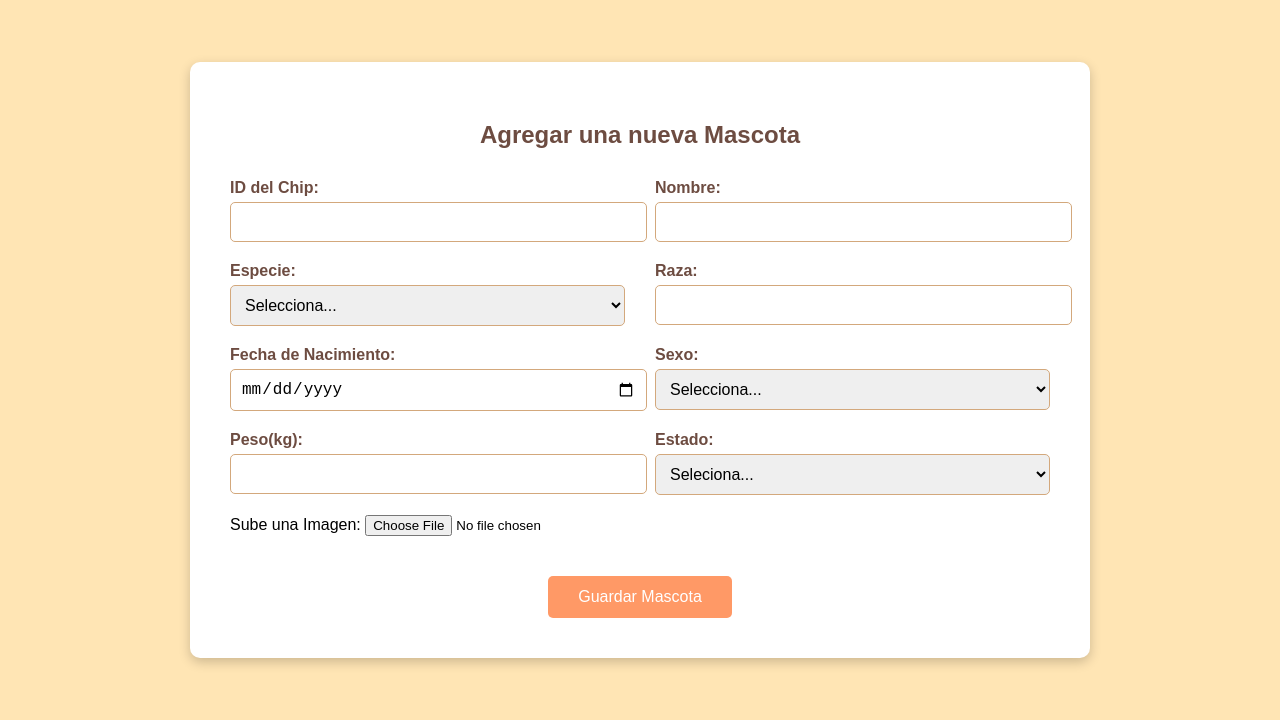
Repository: adriarodrisan/PetLover
Page: Paginas_web/Agregar_Mascota.html
The author's editor kept a copy of each file at every save. The page is drawn from the files as they stood at one save, then again after the next save.
The browser window is 1280 px wide. The pictures show the whole page.

Above is the page before, as saved 2025-03-19 14:38:45.

### Paginas_web/Agregar_Mascota.html
<!DOCTYPE html>
<html lang="en">
<head>
    <meta charset="UTF-8">
    <meta name="viewport" content="width=device-width, initial-scale=1.0">
    <title>Agregar Mascota</title>
    <link rel="stylesheet" href="/Css_Paginas/Agregar_mascota.css">
</head>
<body>
    <div class="formulario-contenedor">
        <h2>Agregar una nueva Mascota</h2>
        <form action="insertar_mascota.php" method="POST" enctype="multipart/form-data" class="formulario-g">
            <div class="campo">
                <label for="Chip_ID">ID del Chip: </label>
                <input type="text" name="Chip_ID" id="Chip_ID" required>
            </div>
            <div class="campo">
                <label for="Nombre">Nombre: </label>
                <input type="text" name="Nombre" id="Nombre" required>
            </div>
            <div class="campo">
                <label for="Especie"> Especie: </label>
                <select name="Especie" id="Nombre" required>
                    <option value="">Selecciona...</option>
                    <option value="Perro">Perro</option>
                    <option value="Gato">Gato</option>
                </select>
            </div>
            <div class="campo">
                <label for="raza">Raza: </label>
                <input type="text" name="raza" id="raza" required>
            </div>
            <div class="campo">
                <label for="FechaNacimiento"> Fecha de Nacimiento:</label>
                <input type="date" name="FechaNacimiento" id="FechaNacimiento" required>
            </div>
            <div class="campo">
                <label for="Sexo">Sexo:</label>
                <select name="Sexo" id="Sexo" required>
                    <option value="">Selecciona...</option>
                    <option value="Macho">Macho</option>
                    <option value="Hembra">Hembra</option>
                </select>
            </div>
            <div class="campo">
                <label for="Peso">Peso(kg):</label>
                <input type="number" step="0,01" name="Peso" id="Peso" required>
            </div>
            <div class="campo">
                <label for="Estado">Estado: </label>
                <select name="Estado" id="Estado" required>
                    <option value="">Seleciona...</option>
                    <option value="Disponible">Disponible</option>
                    <option value="Adoptado">Adoptado</option>
                    <option value="Reservado">Reservado</option>
                </select>
            </div>
            <div class="campo-con-imagen">
                <label for="Imagen">Sube una Imagen:</label>
                <input type="file" name="Imagen" id="Imagen" accept="Imagen/*" required >
            </div>
            <div class="boton-contenedor">
                <button type="submit">Guardar Mascota</button>
            </div>
        </form>
    </div>
</body>
</html>

### Css_Paginas/Agregar_mascota.css
body{
    font-family: Arial, sans-serif;
    background-color: #FFE5B4;
    margin: 0;
    padding: 0;
    display: flex;
    justify-content: center;
    align-items: center;
    min-height: 100vh;

}
.formulario-contenedor{
    background-color: white;
    padding: 40px;
    border-radius: 10px;
    box-shadow: 0px 4px 12px rgba(0, 0, 0, 0.2);
    width: 90%;
    max-width: 900px;
    box-sizing: border-box;
}
h2 {
    text-align: center;
    color: #6d4c41;
    margin-bottom: 30px;
}
.formulario-g{
    display: grid;
    grid-template-columns: repeat(auto-fit, minmax(300px, 1fr));
    gap: 20px 30px;
}
.campo label{
    display: block;
    font-weight: bold;
    margin-bottom: 5px;
    color:#6d4c41;
}
.campo input, .campo select{
    width: 100%;
    padding: 10px;
    border: 1px solid #d3a87c ;
    border-radius: 5px;
    font-size: 1rem;
}
.campo-con-imagen{
    grid-column: span 2;
}
.boton-contenedor{
    grid-column: span 2;
    text-align: center;
    margin-top: 20px;
}
.boton {
    grid-column: span 2;
    text-align: center;
    margin-top: 20px;
}
.boton-contenedor button {
    background-color: #FF9966;
    color: white;
    padding: 12px 30px;
    border: none;
    border-radius: 5px;
    font-size: 1rem;
    cursor: pointer;
}
.boton button:hover {
    background-color: #FF7043;
}

After the next save:
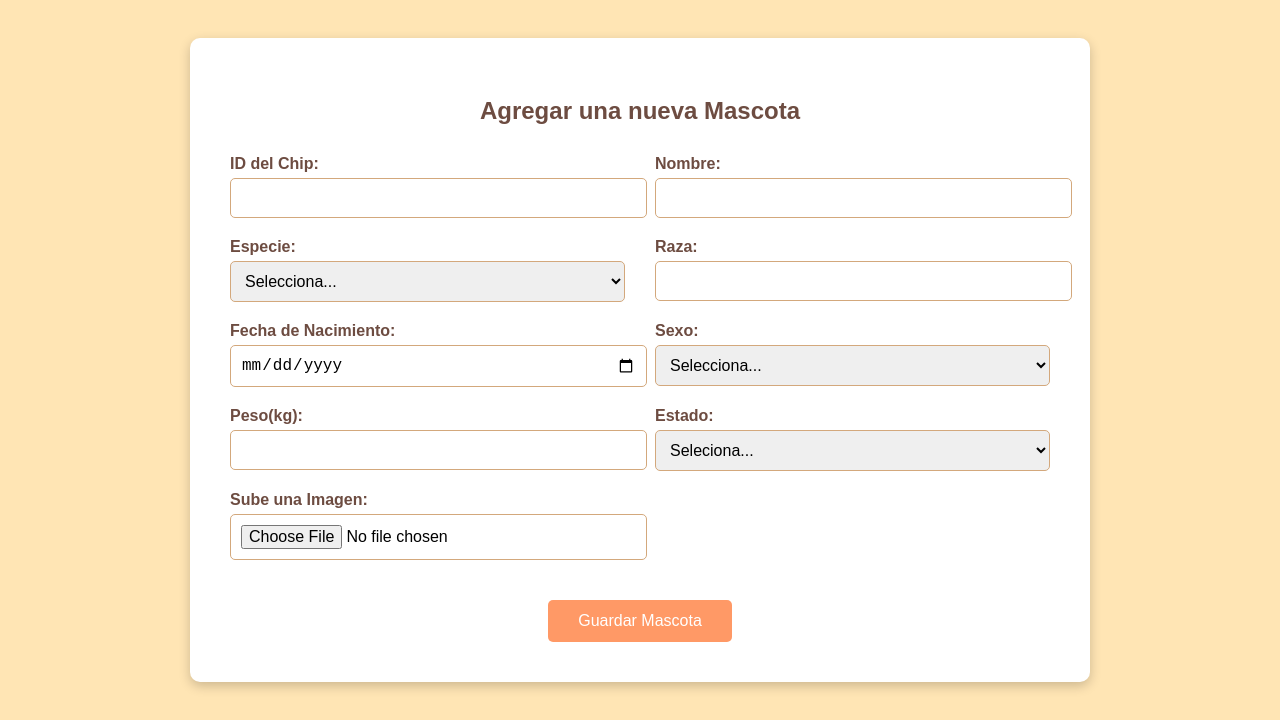
Saved 64 s later.
--- a/Paginas_web/Agregar_Mascota.html
+++ b/Paginas_web/Agregar_Mascota.html
@@ -55,7 +55,7 @@
                     <option value="Reservado">Reservado</option>
                 </select>
             </div>
-            <div class="campo-con-imagen">
+            <div class="campo campo-imagen">
                 <label for="Imagen">Sube una Imagen:</label>
                 <input type="file" name="Imagen" id="Imagen" accept="Imagen/*" required >
             </div>
